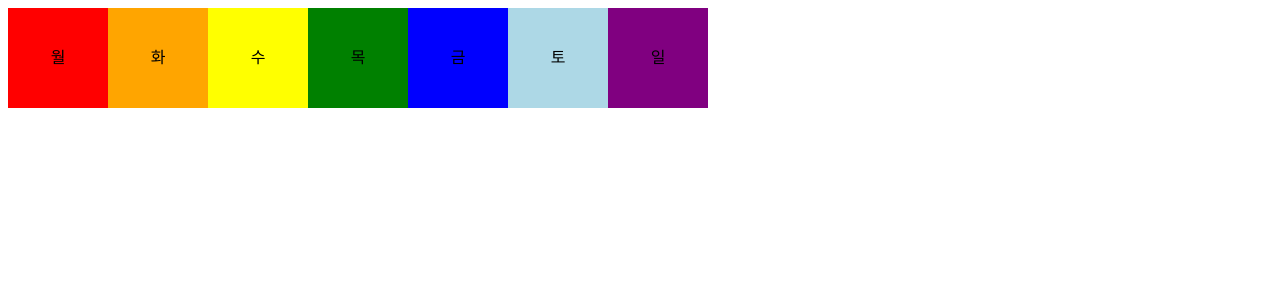
Repository: Jooheehan-kopo/web-workspace
Page: Lecture-web/WebContent/Jquery/weekdays.html
These files come from the project's save history. The page is drawn as it stood at one moment and after the next save; the edit follows.
The browser window is 1280 px wide. The pictures show the whole page.
Some web libraries are served in a nearby version.

Above is the page before, as saved 2021-06-17 09:06:10.

After the next save:
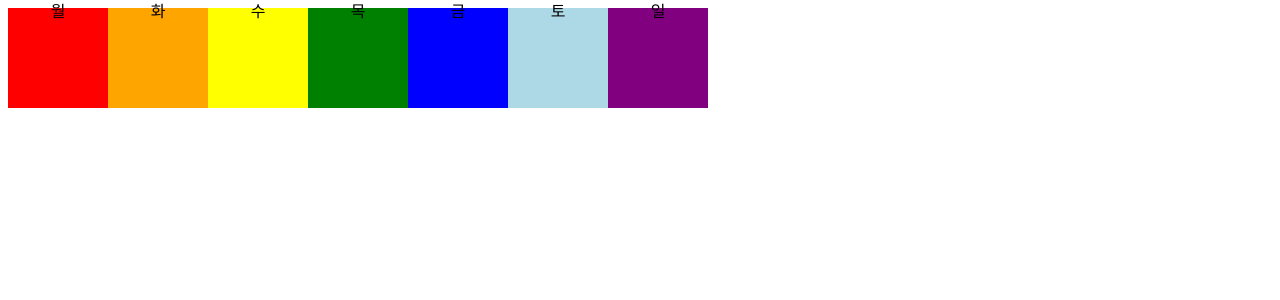
Saved 77 s later.
--- a/Lecture-web/WebContent/Jquery/weekdays.html
+++ b/Lecture-web/WebContent/Jquery/weekdays.html
@@ -9,7 +9,7 @@
 		width: 100px;
 		height: 100px;
 		position: relative;
-		line-height:100px;
+		line-height:50%;
 		text-align: center;
 		float:left;
 	}
